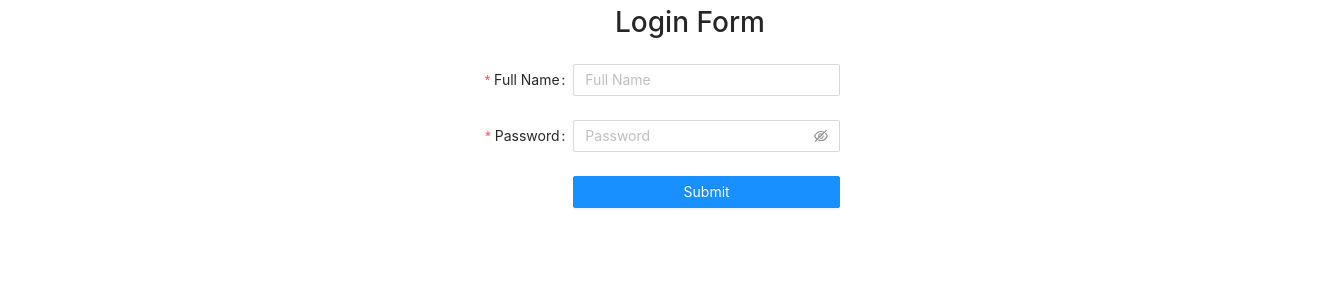
Repository: baodien1405/module-form
Page: /
The author's editor kept a copy of each file at every save. The page is drawn from the files as they stood at one save, then again after the next save.
The browser window is 1280 px wide. The page is 1330 px wide, so the pictures cover 1330 px, including what lies to the right of the window. The pictures show the whole page.
The project was rebuilt for these pictures with package versions that can differ from the ones it lists, and the page was loaded fresh each time.

Above is the page before, as saved 2021-09-09 15:43:17.

After the next save:
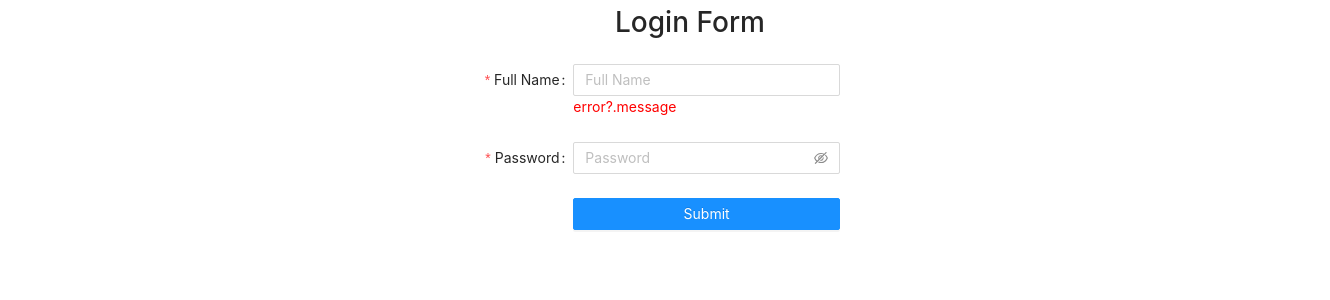
Saved 82 s later.
--- a/src/components/FormFields/InputField.tsx
+++ b/src/components/FormFields/InputField.tsx
@@ -37,7 +37,7 @@
         placeholder={label}
         ref={ref}
       />
-      {error?.message && <span style={{ color: "red" }}>error?.message</span>}
+      <span style={{ color: "red" }}>error?.message</span>
     </Form.Item>
   );
 }

After the save that followed:
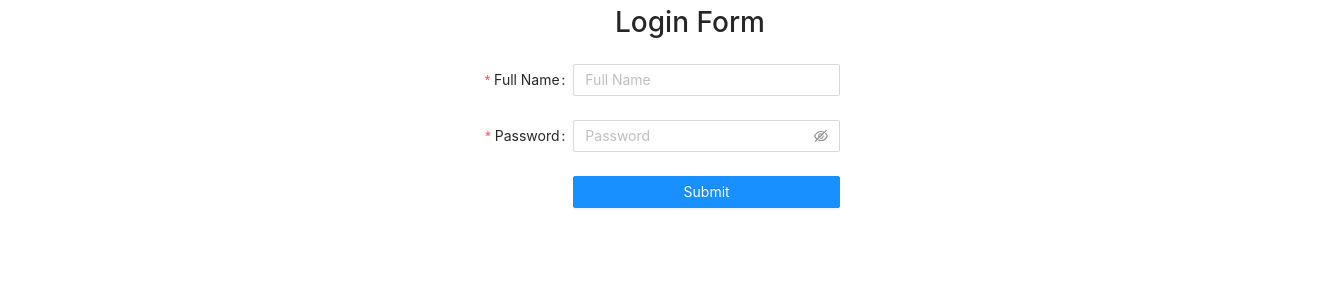
Saved 21 s later.
--- a/src/components/FormFields/InputField.tsx
+++ b/src/components/FormFields/InputField.tsx
@@ -37,7 +37,7 @@
         placeholder={label}
         ref={ref}
       />
-      <span style={{ color: "red" }}>error?.message</span>
+      <span style={{ color: "red" }}>{error?.message}</span>
     </Form.Item>
   );
 }
